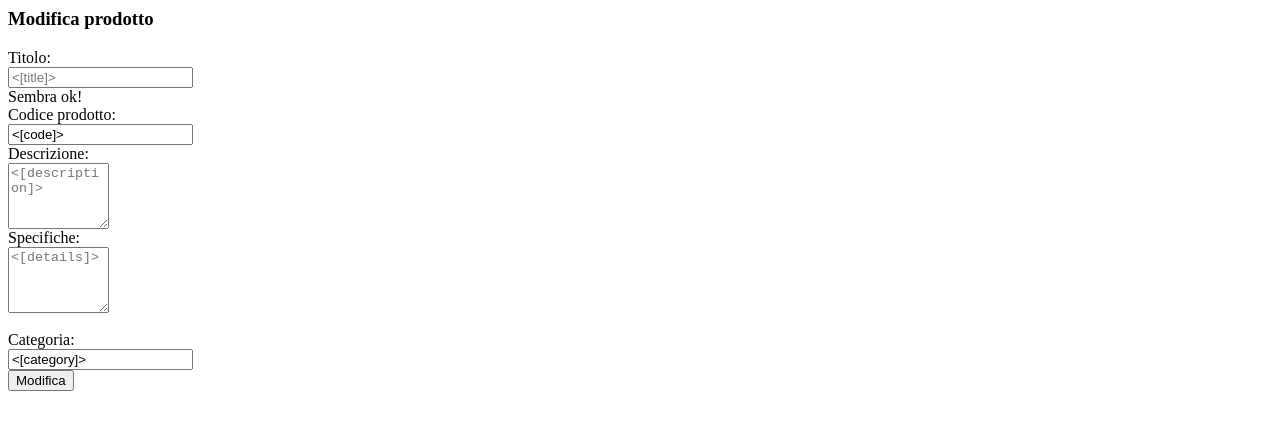
Repository: i4c0ni99/MotorShop
Page: skins/multikart_all_in_one/back-end/edit-product.html
An editor plug-in stored every save of this project. The page is shown before and after the next save, followed by the edit.
The browser window is 1280 px wide. The pictures show the whole page.

Above is the page before, as saved 2024-09-28 16:06:37.

### skins/multikart_all_in_one/back-end/edit-product.html




            <div class="page-body">
                <!-- Container-fluid starts-->
                <div class="container-fluid">
                    <div class="page-header">
                        <div class="row">
                            <div class="col-lg-6">
                                <div class="page-header-left">
                                    <h3>Modifica prodotto</h3>
                                </div>
                            </div>
                        </div>
                    </div>
                </div>
                <!-- Container-fluid Ends-->

                <!-- Container-fluid starts-->
                <div class="container-fluid">
                    <div class="row">
                        <div class="col-sm-12">
                            <div class="card">
                                <div class="card-body">
                                    <div class="row product-adding">
                                        <div class="col-xl-7">
                                            <form class="needs-validation add-product-form" novalidate="" method="post" action="/MotorShop/editproduct.php?id=<[id]>">
                                                <div class="form">
                                                    <div class="form-group mb-3 row">
                                                        <label for="validationCustom01"
                                                            class="col-xl-3 col-sm-4 mb-0">Titolo:</label>
                                                        <div class="col-xl-8 col-sm-7">
                                                            <input class="form-control" id="validationCustom01"
                                                                type="text" name="title" placeholder="<[title]>" required="true">
                                                        </div>
                                                        <div class="valid-feedback">Sembra ok!</div>
                                                    </div>
                                                    <div class="form-group mb-3 row">
                                                        <label for="validationCode"
                                                            class="col-xl-3 col-sm-4 mb-0">Codice prodotto:</label>
                                                        <div class="col-xl-8 col-sm-7">
                                                            <input class="form-control" id="validationCode"
                                                                type="text" name="code" value="<[code]>" required="true" readonly="true">
                                                        </div>
                                                    </div>
                                                <div class="form">
                                                    <div class="form-group row">
                                                        <label class="col-xl-3 col-sm-4">Descrizione:</label>
                                                        <div class="col-xl-8 col-sm-7 description-sm">
                                                            <textarea id="editor1" placeholder="<[description]>" name="description" cols="10" required="true"
                                                                rows="4"></textarea>
                                                        </div>
                                                        </div>
                                                        <div class="form-group row">
                                                            <label class="col-xl-3 col-sm-4">Specifiche:</label>
                                                            <div class="col-xl-8 col-sm-7 description-sm">
                                                                <textarea id="editor1" name="details" placeholder="<[details]>" cols="10" required="true"
                                                                    rows="4"></textarea>
                                                            </div>
                                                            <br>
                                                            <div class="form-group mb-3 row">
                                                                <label for="category"
                                                                    class="col-xl-3 col-sm-4 mb-0">Categoria:</label>
                                                                <div class="col-xl-8 col-sm-7">
                                                                    <input class="form-control" id="category"
                                                                        type="text" name="code" value="<[category]>" required="true" readonly="true">
                                                                </div>
                                                            </div>
                                                        <div class="offset-xl-3 offset-sm-4 mt-4">
                                                            <button type="submit" name="edit" class="btn btn-primary">Modifica</button>
                                                    </div>
                                                </div>
                                            </form>
                                        </div>
                                    </div>
                                </div>
                            </div>
                        </div>
                    </div>
                </div>
                <!-- Container-fluid Ends-->
            </div>
        </div>
    </div>

After the next save:
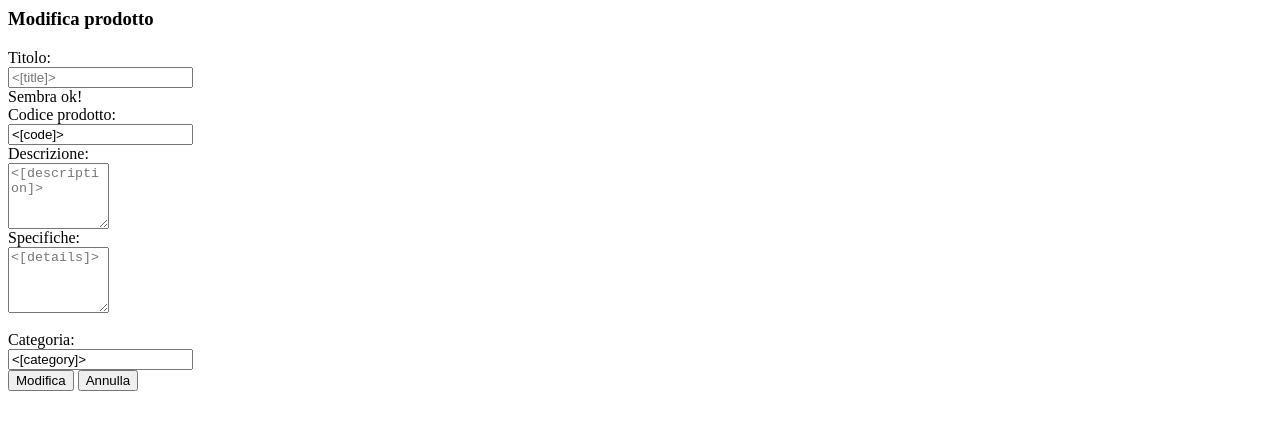
Saved 17 min 47 s later.
--- a/skins/multikart_all_in_one/back-end/edit-product.html
+++ b/skins/multikart_all_in_one/back-end/edit-product.html
@@ -69,6 +69,7 @@
                                                             </div>
                                                         <div class="offset-xl-3 offset-sm-4 mt-4">
                                                             <button type="submit" name="edit" class="btn btn-primary">Modifica</button>
+                                                            <button type="reset" class="btn btn-light">Annulla</button>
                                                     </div>
                                                 </div>
                                             </form>
